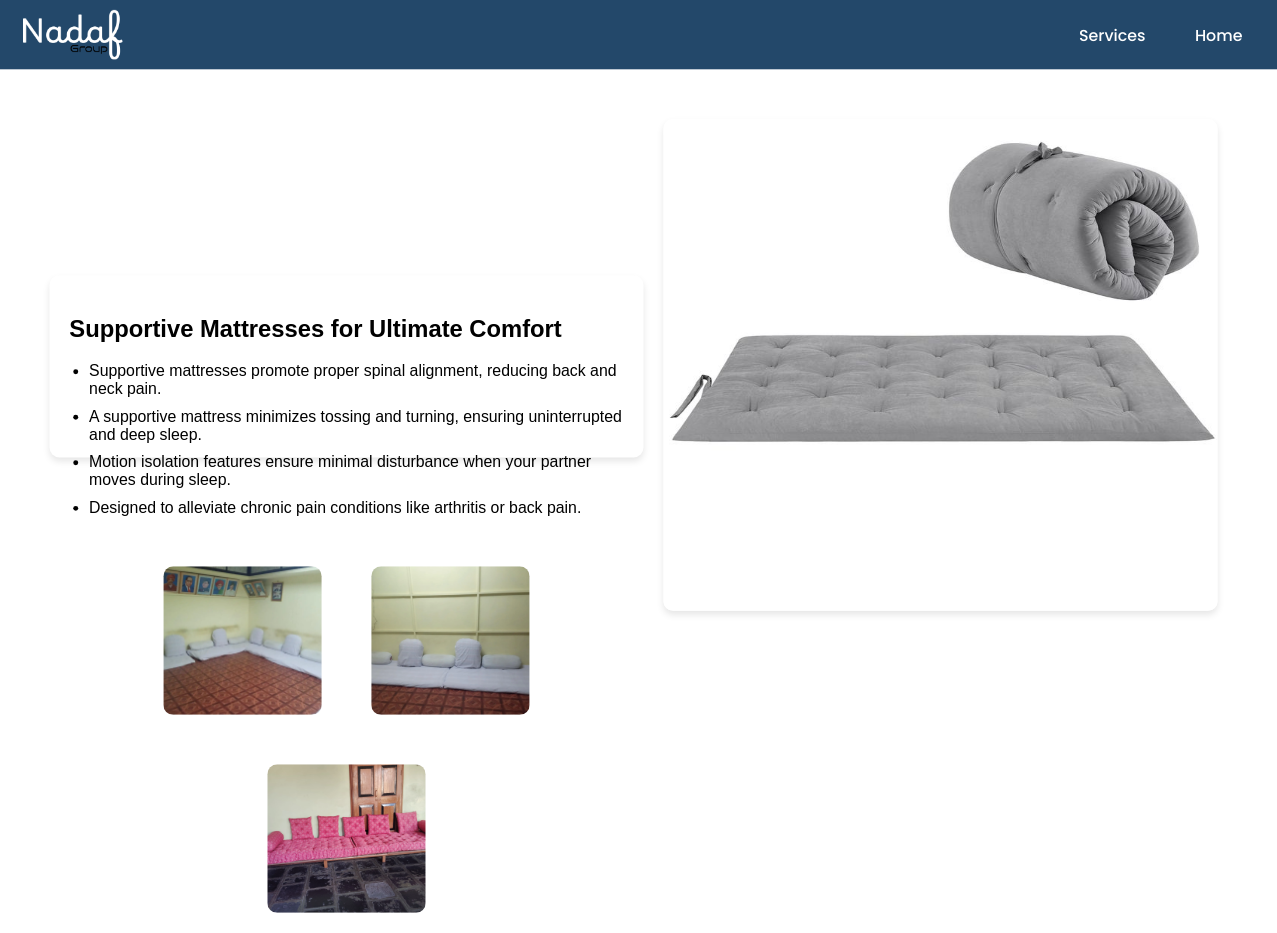
Repository: nadafgroup/rashidgadiUI
Page: src/rent.html
The author's editor kept a copy of each file at every save. The page is drawn from the files as they stood at one save, then again after the next save.
The browser window is 1280 px wide. The page is 1290 px wide, so the pictures cover 1290 px, including what lies to the right of the window. The pictures show the whole page, at 99% of full size.

Above is the page before, as saved 2025-01-29 15:59:23.
Console error: TypeError: Cannot read properties of null (reading 'addEventListener')

### src/rent.html
<!DOCTYPE html>
<html lang="en">
<head>
    <meta charset="UTF-8">
    <meta name="viewport" content="width=device-width, initial-scale=1.0">
    <title>Mattresses</title>
   <link rel="stylesheet" href="./products.css">
</head>
<body>
    <header>
        <div class="logo">
            <img src="../assets/img/logo2.png" class="logo" alt="">
        </div>

        <div class="nav-right">
            <ul>


                <li class="dropdown">
                    <a href="#" class="dropbtn">Services</a>
                    <div class="dropdown-content">
                        <a href="./bed.html">Bed Mattresses</a>
                        <a href="./pillow.html">Pillow Mattresses</a>
                        <a href="./sofa.html">Sofa Mattresses</a>
                        <a href="./repair.html">Mattresses Repair </a>
                        <a href="./rent.html">Mattresses Rent</a>
                        <a href="./furniture.html">Furniture</a>
                    </div>
                </li>
                <li><a href="./home.html">Home</a></li>
            </ul>
        </div>

    </header>

    <div class="container">
        <div class="info" style="height: 20vh;">
            <h2>Supportive Mattresses for Ultimate Comfort</h2>
            <ul>
                <li>Supportive mattresses promote proper spinal alignment, reducing back and neck pain.</li>
                <li>A supportive mattress minimizes tossing and turning, ensuring uninterrupted and deep sleep.</li>
                <li>Motion isolation features ensure minimal disturbance when your partner moves during sleep.</li>
                <li>Designed to alleviate chronic pain conditions like arthritis or back pain.</li>
            </ul>

            <div class="gallery">
                <img src="../assets/img/real img/r2.webp" class="rent-img" alt="Gallery Image 1">
                <img src="../assets/img/real img/r3.webp"  class="rent-img" alt="Gallery Image 2">
                <img src="../assets/img/real img/r8.webp"  class="rent-img" alt="Gallery Image 3">
            </div>

        </div>

        <div class="image-container">
            <img src="../assets/img/rent.jpg" alt="Mattress" style="height: 69vh;">
        </div>
    </div>



     <!-- Modal for displaying images in full screen -->
<div id="imageModal" class="modal">
<span class="close" id="closeModal">&times;</span>
<img class="modal-content" id="modalImage" alt="Full-size image">
</div>

    <script src="./products.js"></script>
</body>

</html>

### src/products.css
@font-face {
    font-family: 'poppins';
    src: url('../assets/fonts/Poppins/Poppins-Medium.ttf') format('truetype');
}

@font-face {
    font-family: 'inter';
    src: url('../assets/fonts/Inter/Inter-VariableFont_opsz\,wght.ttf') format('truetype');
}

@font-face {
    font-family: 'Exo';
    src: url('../assets/fonts/Exo2-VariableFont_wght.ttf') format('truetype');
}

body {
    margin: 0;
    padding: 0;
    overflow-x: hidden; /* Prevent horizontal scrolling */
    font-family: Arial, sans-serif;
    display: flex;
    flex-direction: column;
    align-items: center;
    /* background: linear-gradient(to bottom, #f9f9f9, #e0e0e0); */
    height: 100vh;
}

header {
    width: 100%;
    padding: 10px;
    display: flex;
    justify-content: space-between;
    align-items: center;
    background-color: #23486A;
    color: white;
    font-size: 1rem;
}

.nav-right ul {
    display: flex;
    list-style: none;
    margin: 0;
    padding: 0;
}

.nav-right ul li {
    margin: 0 15px;
}

.nav-right ul li a {
    text-decoration: none;
    color: white;
    padding: 10px;
    transition: 0.3s;
    font-family: 'poppins';
}

.nav-right ul li a:hover {
    background-color: #5c6bc0;
    border-radius: 5px;
}

.nav-right ul li.dropdown {
    position: relative;
}

.nav-right ul li.dropdown:hover .dropdown-content {
    display: block;
}

.nav-right ul li .dropdown-content {
    display: none;
    position: absolute;
    background-color: #3f51b5;
    min-width: 160px;
    z-index: 1;
    border-radius: 5px;
}

.nav-right ul li .dropdown-content a {
    padding: 10px;
    color: white;
    text-decoration: none;
    display: block;
}

.nav-right ul li .dropdown-content a:hover {
    background-color: #5c6bc0;
}

.logo {
    width: auto;
    height: 50px;
    margin-left: 10px;
    margin-bottom: 0px;
}

.container {
    display: flex;
    flex-direction: row;
    justify-content: center;
    align-items: center;
    padding: 50px;
    gap: 20px;
}

.info {
    flex: 1;
    padding: 20px;
    background: white;
    border-radius: 10px;
    box-shadow: 0 4px 8px rgba(0, 0, 0, 0.1);
    animation: slideInLeft 1s;
}

.info ul {
    list-style: disc;
    padding-left: 20px;
}

.info ul li {
    margin: 10px 0;
}

.image-container {
    flex: 1;
    animation: slideInRight 1s;
}

.image-container img {
    width: 100%;
    border-radius: 10px;
    box-shadow: 0 4px 8px rgba(0, 0, 0, 0.1);
}

.gallery {
    width: 90%;
    margin: 30px auto;
    display: flex;
    flex-wrap: wrap;
    gap: 10px;
    justify-content: center;
    animation: fadeIn 1.5s;
}

.gallery img {
    width: 200px;
    height: 150px;
    object-fit: cover;
    border-radius: 10px;
    margin: 20px;
    transition: transform 0.3s;
}

.gallery img:hover {
    transform: scale(1.1);
}

.gallery .rent-img{
    width: 160px;
    height: 150px;
    object-fit: cover;
    border-radius: 10px;
    margin: 20px;
    transition: transform 0.3s;
}

/* Modal Styles */
.modal {
    display: none; /* Hidden by default */
    position: fixed;
    z-index: 1; /* Sit on top */
    left: 0;
    top: 0;
    width: 100%; /* Full width */
    height: 100%; /* Full height */
    overflow: auto;
    background-color: rgb(0, 0, 0); /* Black background with opacity */
    background-color: rgba(0, 0, 0, 0.8); /* Transparent black */
    padding-top: 60px;
}

.modal-content {
    margin: auto;
    display: block;
    width: 80%;
    max-width: 700px;
    border-radius: 10px;
}

.close {
    color: #fff;
    font-size: 40px;
    font-weight: bold;
    position: absolute;
    top: 15px;
    right: 35px;
    cursor: pointer;
    transition: 0.3s;
}

.close:hover,
.close:focus {
    color: #f1f1f1;
    text-decoration: none;
    cursor: pointer;
}

@keyframes fadeIn {
    from { opacity: 0; }
    to { opacity: 1; }
}

@keyframes slideInLeft {
    from { transform: translateX(-100%); }
    to { transform: translateX(0); }
}

@keyframes slideInRight {
    from { transform: translateX(100%); }
    to { transform: translateX(0); }
}

/* Media Queries for Responsiveness */
@media (max-width: 768px) {
    .container {
        flex-direction: column; /* Switch to column layout */
        padding: 20px;
    }

    .info, .image-container {
        flex: none; /* Reset flex behavior */
        width: 100%;
    }

    .gallery img {
        width: 100%; /* Make gallery images take full width on small screens */
        height: auto;
    }
}

@media (max-width: 480px) {
    header {
        flex-direction: column;
        align-items: center;
    }

    .nav-right ul {
        flex-direction: column;
        align-items: center;
    }

    .nav-right ul li {
        margin: 10px 0;
    }

    .logo {
        margin: 10px 0;
    }
}

### src/products.js
// Toggle the mobile menu when the hamburger icon is clicked
document.getElementById('hamburger').addEventListener('click', function() {
    const menu = document.getElementById('menu');
    menu.classList.toggle('active');
});

After the next save:
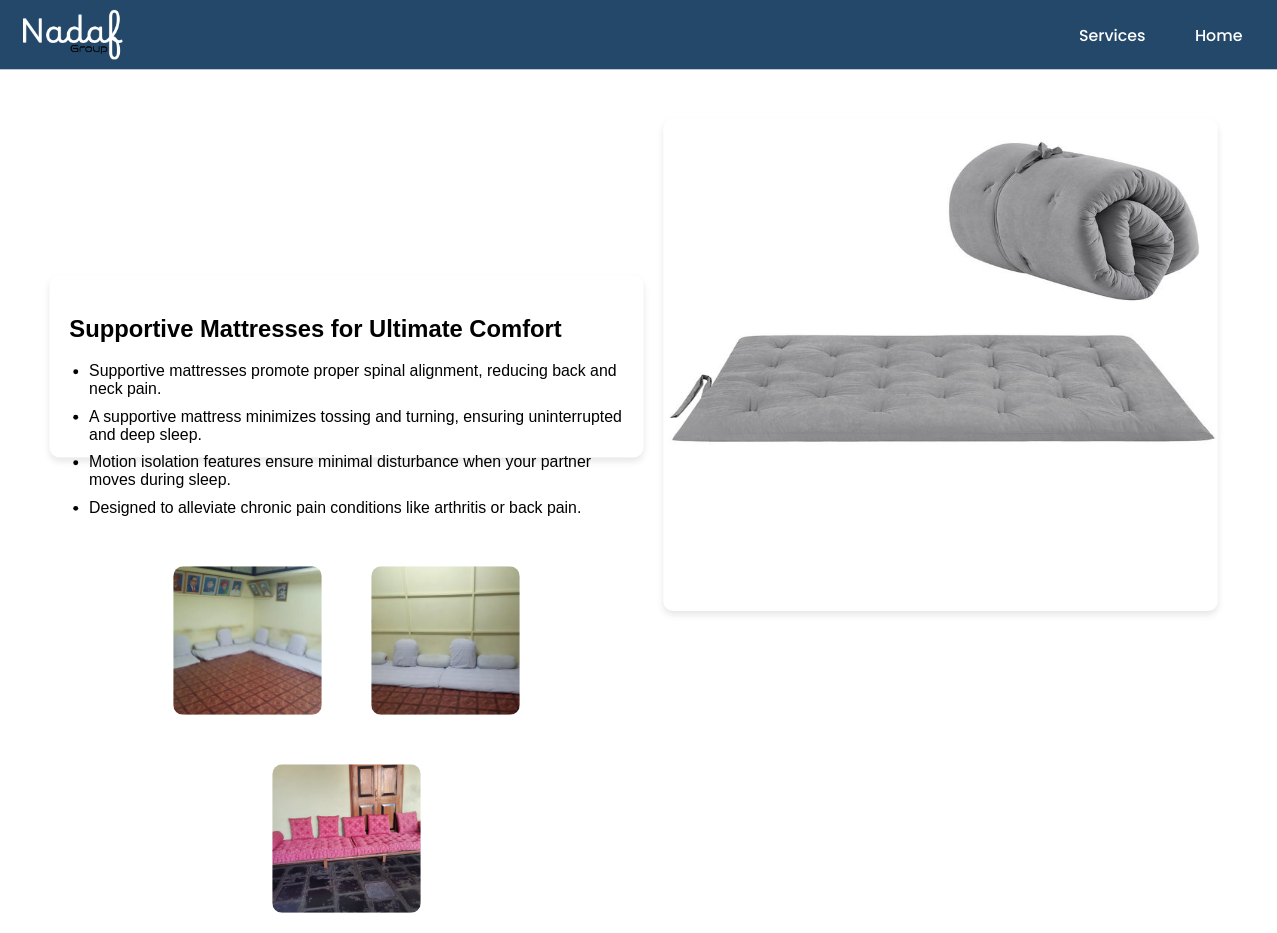
Saved 6 s later.
--- a/src/products.css
+++ b/src/products.css
@@ -157,7 +157,7 @@ header {
 }
 
 .gallery .rent-img{
-    width: 160px;
+    width: 150px;
     height: 150px;
     object-fit: cover;
     border-radius: 10px;
